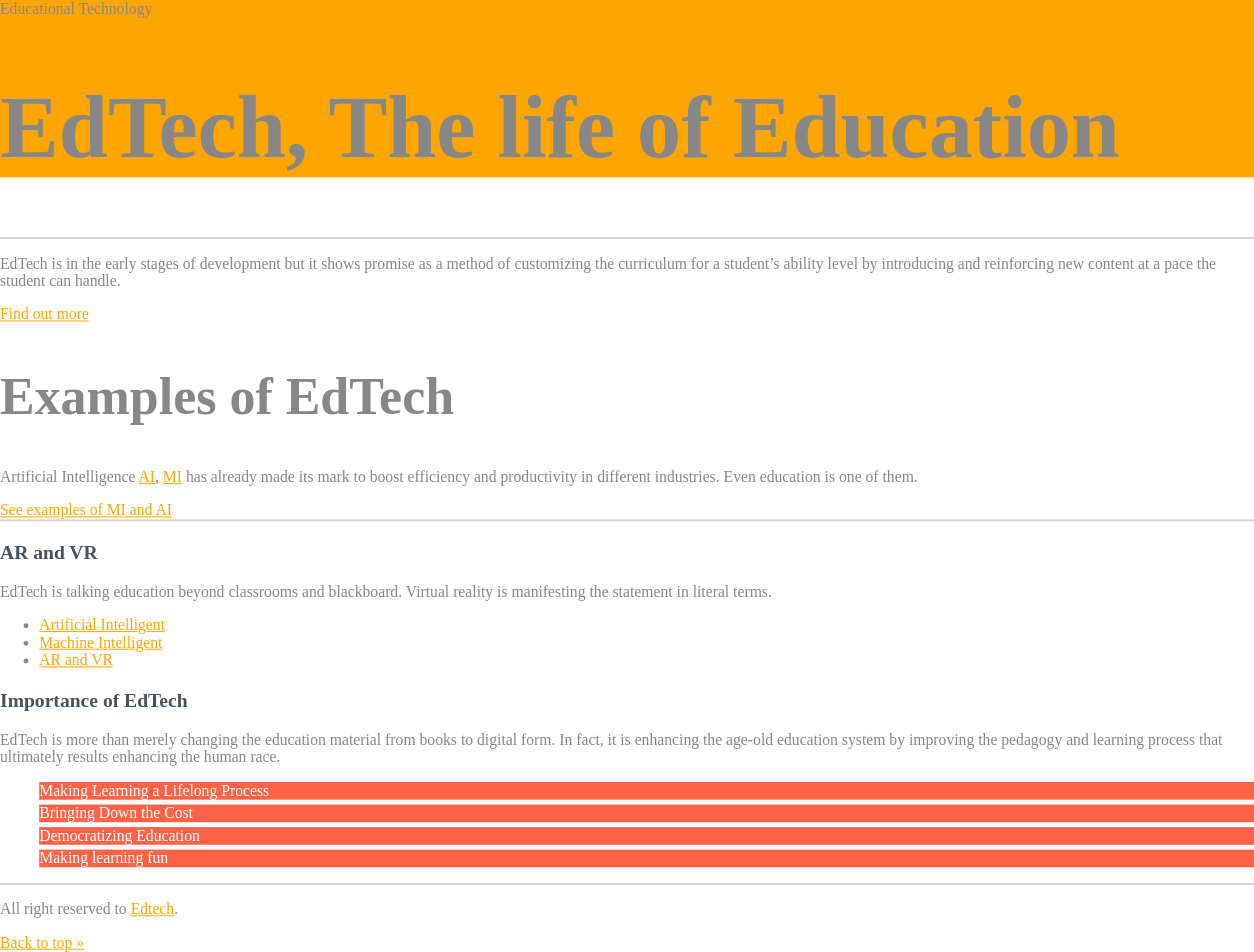
Repository: tunmishyi/edtech
Page: index.html
The author's editor kept a copy of each file at every save. The page is drawn from the files as they stood at one save, then again after the next save.
The browser window is 1280 px wide. The pictures show the whole page, at 98% of full size.

Above is the page before, as saved 2020-06-06 18:01:46.

After the next save:
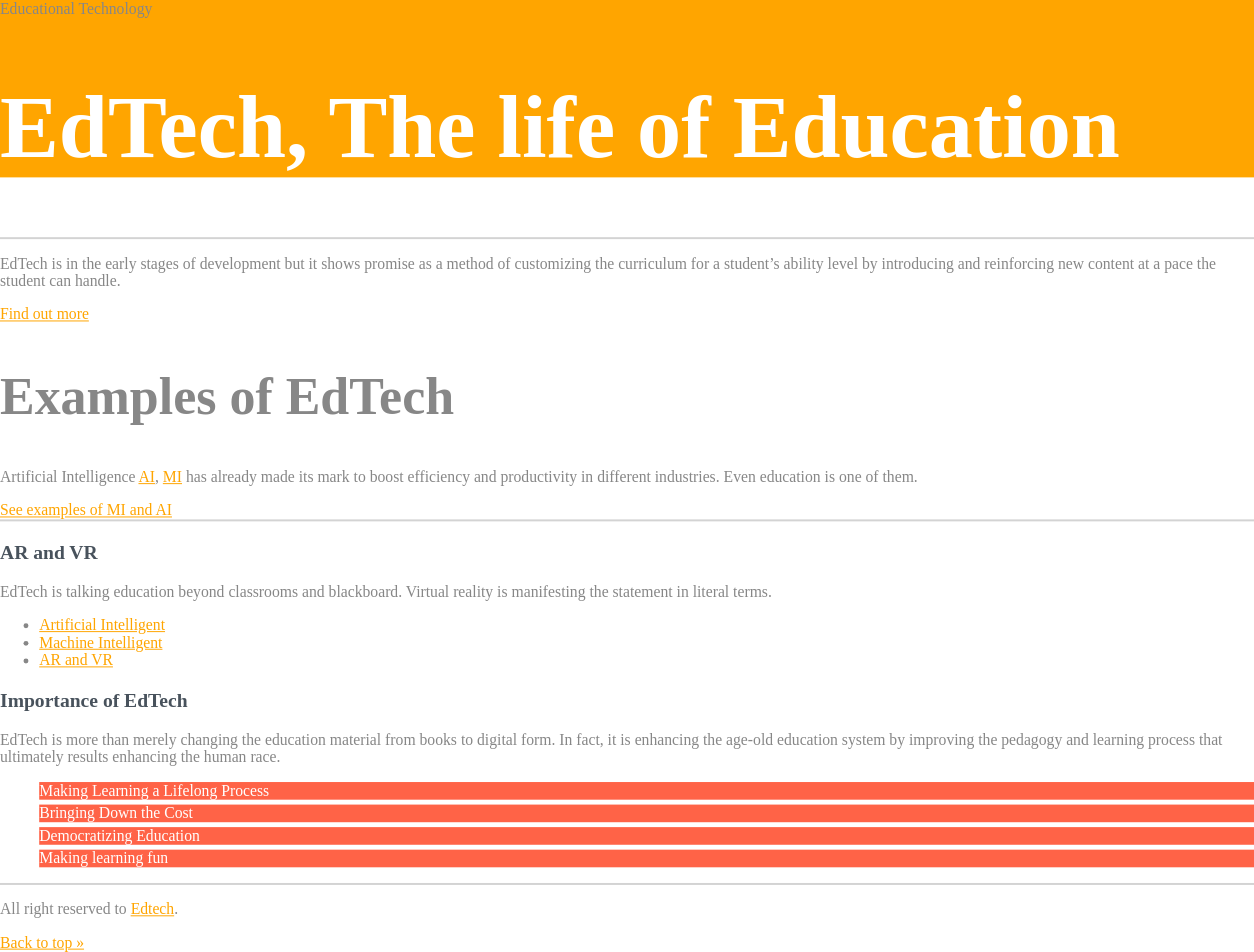
Saved 50 s later.
--- a/style.css
+++ b/style.css
@@ -20,7 +20,7 @@ ol li {
 
 h1 {
     font-size: 90px;
-    color: wite;
+    color: white;
     }
 
     h2 {
@@ -33,7 +33,7 @@ h1 {
     }
 
     .primary-content {
-        text-align: center
+        text-align: center;
     }
 
     .t-border {
@@ -48,6 +48,6 @@ h1 {
         color: lightblue;
     }
 
-    p:hover {
+    a:hover {
         color: forestgreen;
     }
